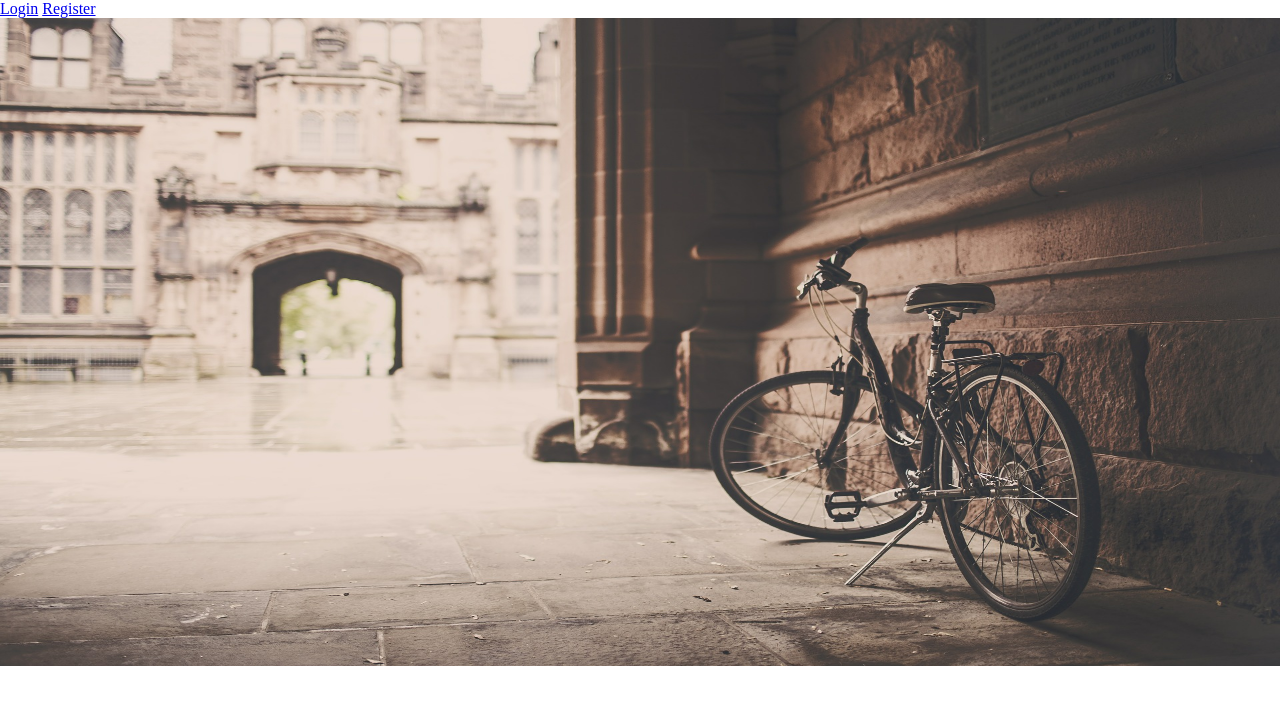
Repository: PatryxB/bikeService
Page: http://localhost/
These files come from the project's save history. The page is drawn as it stood at one moment and after the next save; the edit follows.
The browser window is 1280 px wide. The pictures show the whole page.
The page is served by the project's Laravel application, run on PHP 8.4 with Laravel 8. Style sheets and scripts are compiled from the project's sources, by tool versions that may differ from the author's.

Above is the page before, as saved 2020-05-01 14:07:15.

After the next save:
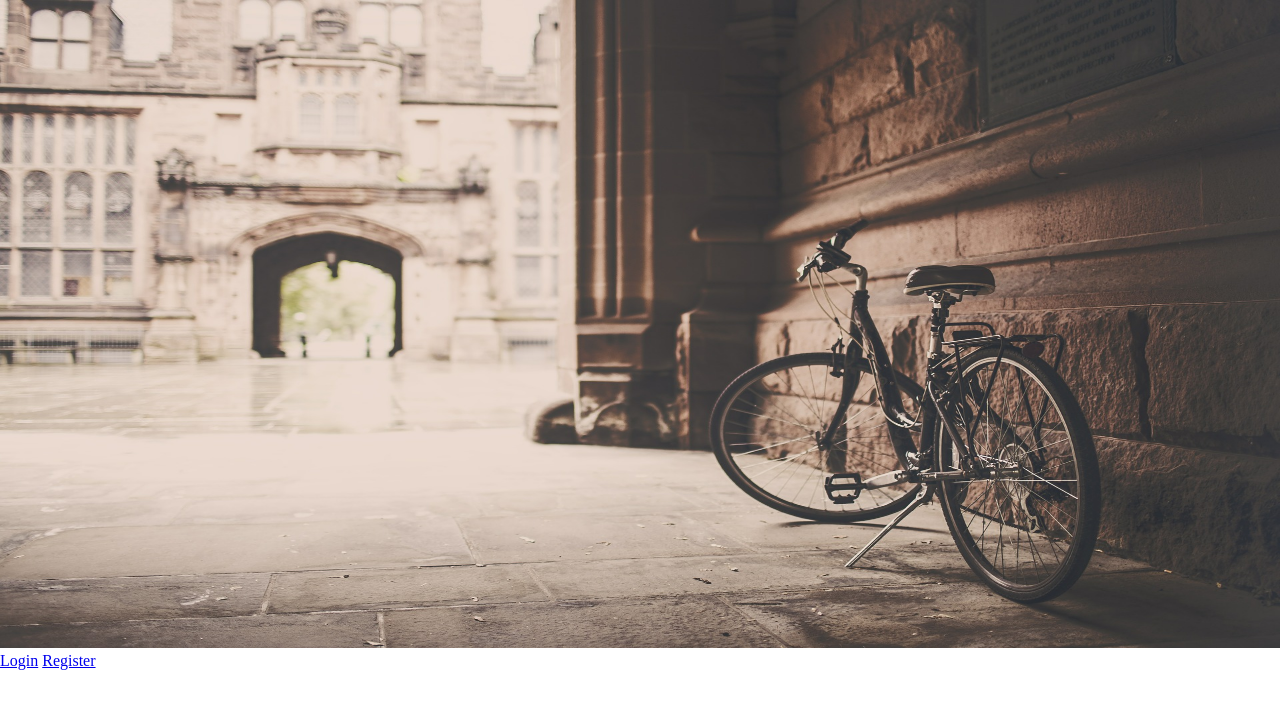
Saved 51 s later.
--- a/resources/views/welcome.blade.php
+++ b/resources/views/welcome.blade.php
@@ -11,17 +11,12 @@
     </head>
     <body>
 
+        <div class="banner">
+            <img src="{{asset('/img/bikebanner.jpg')}}" alt="">
+        </div>
+
     @extends('layouts.app')
     @section('content')
-
-        <div class="container">
-
-            <div class="banner">
-                <img src="{{asset('/img/bikebanner.jpg')}}" alt="">
-            </div>
-
-        </div>
-
     @endsection
 
     </body>
